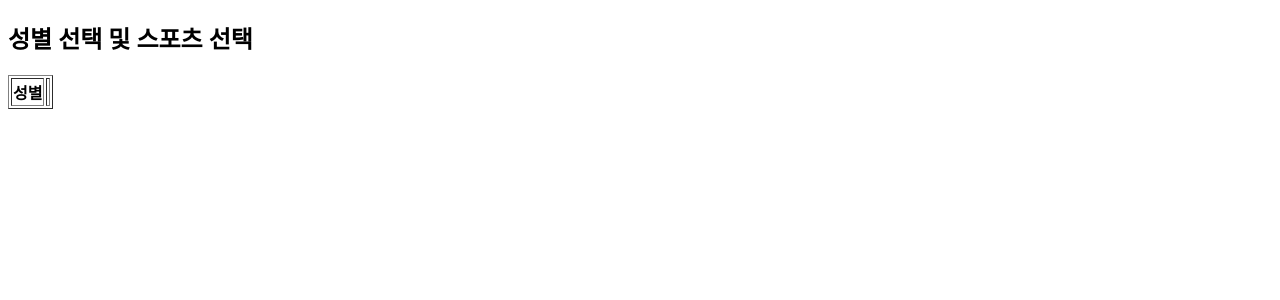
Repository: tnalss/studyWeb
Page: workspace/servlet01/src/main/webapp/choice.html
These files come from the project's save history. The page is drawn as it stood at one moment and after the next save; the edit follows.
The browser window is 1280 px wide. The pictures show the whole page.

Above is the page before, as saved 2022-11-10 03:26:04.

### workspace/servlet01/src/main/webapp/choice.html
<!DOCTYPE html>
<html>
<head>
<meta charset="UTF-8">
<title>Insert title here</title>
</head>
<body>
<h2>성별 선택 및 스포츠 선택</h2>

<form action="" method = 'post'>

<table border='1'>
<tr>
<th>
성별</th>
<td>
</td>
</tr>



</table>




</form>


</body>
</html>

After the next save:
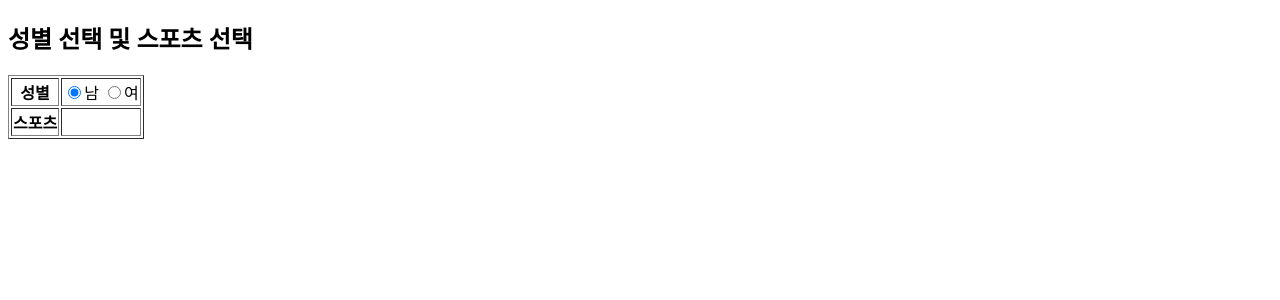
Saved 61 s later.
--- a/workspace/servlet01/src/main/webapp/choice.html
+++ b/workspace/servlet01/src/main/webapp/choice.html
@@ -5,26 +5,30 @@
 <title>Insert title here</title>
 </head>
 <body>
-<h2>성별 선택 및 스포츠 선택</h2>
+	<h2>성별 선택 및 스포츠 선택</h2>
 
-<form action="" method = 'post'>
+	<form action="" method='post'>
 
-<table border='1'>
-<tr>
-<th>
-성별</th>
-<td>
-</td>
-</tr>
+		<table border='1'>
+			<tr>
+				<th>성별</th>
+				<td>
+				<input type="radio" name='gender' checked/>남
+				<input type="radio" name='gender' />여
+				</td>
+			</tr>
+	<tr>
+		<th>스포츠</th>
+		<td></td>
+	</tr>
 
 
-
-</table>
+		</table>
 
 
 
 
-</form>
+	</form>
 
 
 </body>
